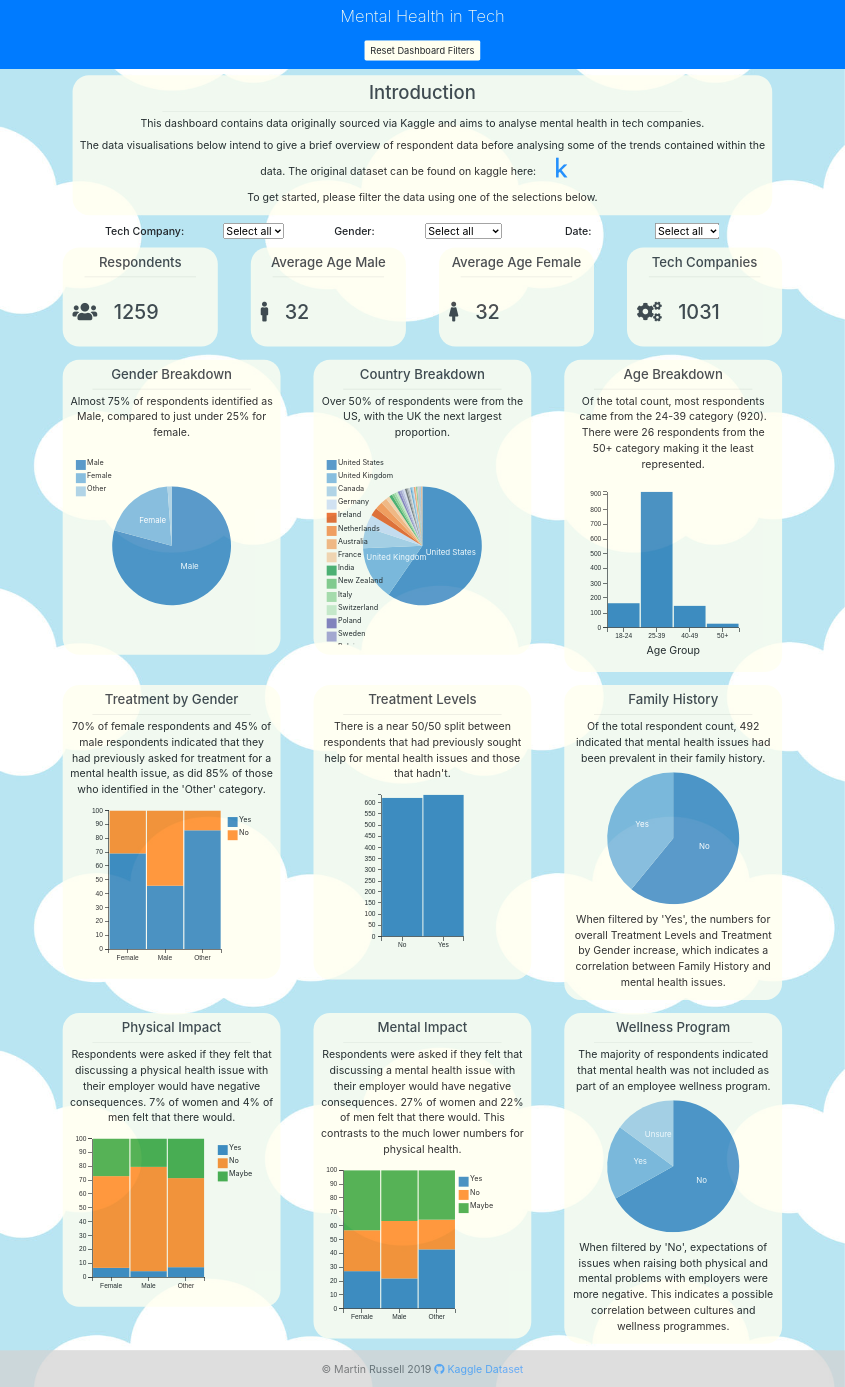
Repository: martingr1/mhdashboard
Page: index.html
The author's editor kept a record of every edit. The page is drawn from the files as they stood at one moment, then again after the next edit.
The browser window is 1280 px wide. The pictures show the whole page, at 66% of full size.
Some web libraries are served in a nearby version.

Above is the page before.

### index.html
<html>

<head>

    <meta charset="UTF-8">
    <meta name="viewport" content="width=device-width, initial-scale=1.0">
    <meta http-equiv="X-UA-Compatible" content="ie=edge">
    <title>Mental Health in Tech</title>

    <link rel="stylesheet" href="https://stackpath.bootstrapcdn.com/bootstrap/4.3.1/css/bootstrap.min.css" integrity="sha384-ggOyR0iXCbMQv3Xipma34MD+dH/1fQ784/j6cY/iJTQUOhcWr7x9JvoRxT2MZw1T" crossorigin="anonymous">
    <link rel="stylesheet" href="static/css/dc.min.css" type="text/css" />
    <link href="https://cdnjs.cloudflare.com/ajax/libs/font-awesome/5.9.0/css/all.css" rel="stylesheet">
    <link rel="stylesheet" href="static/css/style.css" type="text/css" />


    <script type="text/javascript" src="static/js/d3.min.js"></script>
    <script type="text/javascript" src="static/js/crossfilter.min.js"></script>
    <script type="text/javascript" src="static/js/dc.min.js"></script>
    <script type="text/javascript" src="static/js/queue.min.js"></script>
    <script type="text/javascript" src="static/js/graph.js"></script>

</head>

<body>

    <nav class="navbar-nav sticky-top navbar-dark bg-primary">
        <div class="container">
            <div class="col-xs-6 text-center">
                <h6 class="title">Mental Health in Tech</h6>
            </div>
            <div class="col-xs-6 text-center">
                <button id="reset_button" class="btn btn-sm btn-default">Reset Dashboard Filters</button>
            </div>
        </div>
        </div>
    </nav>

    <div class="container">
        <section class="container">
            <div class="col-xs-12">
                <div class="content-box">
                    <h3 class="header">Introduction</h3>

                        <hr class="line">
                        <p class="chart-text">This dashboard contains data originally sourced via Kaggle and aims to analyse mental health in tech companies.<br></p>
                        <p class="chart-text">The data visualisations below intend to give a brief overview of respondent data before analysing some of the trends contained within the data. The original dataset can be found on kaggle here: <a class="top-link" href="https://www.kaggle.com/osmi/mental-health-in-tech-survey"><i class="fab fa-kaggle"></i></a><br></p>
                        <p class="chart-text">To get started, please filter the data using one of the selections below.</p>
                    </div>
                    <div class="container">
                        <div class="row">
                            <div class="row col-xs-12 col-lg-4">
                                <h6 class="header">Tech Company:</h6>
                                <span class="filter" id="select_company"></span>
                            </div>
                            <div class="row col-xs-12 col-lg-4">
                                <h6 class="header">Gender:</h6>
                                <span class="filter" id="select_gender"></span>
                            </div>
                            <div class="row col-xs-12 col-lg-4">
                                <h6 class="header">Date:</h6>
                                <span class="filter" id="select_date"></span>
                            </div>
                        </div>
                    </div>
                </div>
            </div>
        </section>

        <section class="container">
            <div class="row">
                <div class="col-xs-12 col-md-3">
                    <div class="content-box">
                        <h5 class="header">Respondents</h5>
                        <hr class="line">
                        <div class="row number-display">
                            <div id="respondents_display"><i class="fas fa-users"></i></div>
                        </div>
                    </div>
                </div>
                <div class="col-xs-12 col-md-3">
                    <div class="content-box">
                        <h5 class="header">Average Age Male</h5>
                        <hr class="line">
                        <div class="row number-display">
                            <div id="average_age_male"><i class="fas fa-male"></i></div>
                        </div>
                    </div>
                </div>
                <div class="col-xs-12 col-md-3">
                    <div class="content-box">
                        <h5 class="header">Average Age Female</h5>
                        <hr class="line">
                        <div class="row number-display">
                            <div id="average_age_gender"><i class="fas fa-female"></i></div>
                        </div>
                    </div>
                </div>

                <div class="col-xs-12 col-md-3">
                    <div class="content-box">
                        <h5 class="header">Tech Companies</h5>
                        <hr class="line">
                        <div class="row number-display">
                            <div id="tech_display"><i class="fas fa-cogs"></i></div>
                        </div>
                    </div>
                </div>
            </div>
        </section>

        <section class="container">
            <div class="row">
                <div class="col-xs-12 col-sm-12 col-lg-4">
                    <div class="content-box">
                        <h5 class="header">Gender Breakdown</h5>
                        <hr class="line">
                        <p class="chart-text">Almost 75% of respondents identified as Male, compared to just under 25% for female.</p>
                        <div class="row chart">
                            <div id="gender_breakdown"></div>
                        </div>
                    </div>
                </div>

                <div class="col-xs-12 col-sm-12 col-lg-4">
                    <div class="content-box">
                        <h5 class="header">Country Breakdown</h5>
                        <hr class="line">
                        <p class="chart-text">Over 50% of respondents were from the US, with the UK the next largest proportion.</p>
                        <div class="row chart">
                            <div id="country_breakdown"></div>
                        </div>
                    </div>
                </div>

                <div class="col-xs-12 col-sm-12 col-lg-4">
                    <div class="content-box">
                        <h5 class="header">Age Breakdown</h5>
                        <hr class="line">
                        <p class="chart-text">Of the total count, most respondents came from the 24-39 category (920).<br> There were 26 respondents from the 50+ category making it the least represented.</p>
                        <div class="row chart">
                            <div id="age_breakdown"></div>
                        </div>
                    </div>
                </div>
            </div>
        </section>


        <section class="container">
            <div class="row">
                <div class="col-xs-12 col-sm-12 col-lg-4">
                    <div class="content-box">

                        <h5 class="header">Treatment by Gender</h5>

                        <hr class="line">
                        <p class="chart-text">70% of female respondents and 45% of male respondents indicated that they had previously asked for treatment for a mental health issue, as did 85% of those who identified in the 'Other' category. </p>
                        <div class="row chart">
                            <div id="treatment_by_gender"></div>
                        </div>
                    </div>
                </div>
                <div class="col-xs-12 col-sm-12 col-lg-4">
                    <div class="content-box">

                        <h5 class="header">Treatment Levels</h5>

                        <hr class="line">
                        <p class="chart-text">There is a near 50/50 split between respondents that had previously sought help for mental health issues and those that hadn't.</p>
                        <div class="row chart">
                            <div id="treatment_chart"></div>
                        </div>
                    </div>
                </div>
                <div class="col-xs-12 col-sm-12 col-lg-4">
                    <div class="content-box">
                        <h5 class="header">Family History</h5>
                        <hr class="line">
                        <p class="chart-text">Of the total respondent count, 492 indicated that mental health issues had been prevalent in their family history.</p>
                        <div class="row chart">
                            <div id="family_history"></div>
                        </div>
                        <p class="chart-text">When filtered by 'Yes', the numbers for overall Treatment Levels and Treatment by Gender increase, which indicates a correlation between Family History and mental health issues.</p>
                    </div>
                </div>
            </div>
        </section>

        <section class="container">
            <div class="row">
                <div class="col-xs-12 col-sm-12 col-lg-4">
                    <div class="content-box">

                        <h5 class="header">Physical Impact</h5>

                        <hr class="line">
                        <p class="chart-text">Respondents were asked if they felt that discussing a physical health issue with their employer would have negative consequences. 7% of women and 4% of men felt that there would.</p>
                        <div class="row chart">
                            <div id="physical_impact"></div>
                        </div>
                    </div>
                </div>

                <div class="col-xs-12 col-sm-12 col-lg-4">
                    <div class="content-box">

                        <h5 class="header">Mental Impact</h5>
                        <hr class="line">
                        <p class="chart-text">Respondents were asked if they felt that discussing a mental health issue with their employer would have negative consequences. 27% of women and 22% of men felt that there would. This contrasts to the much lower numbers for physical
                            health.
                        </p>
                        <div class="row chart">
                            <div id="mental_impact"></div>
                        </div>
                    </div>
                </div>

                <div class="col-xs-12 col-sm-12 col-lg-4">
                    <div class="content-box">
                        <h5 class="header">Wellness Program</h5>
                        <hr class="line">
                        <div>
                            <p class="chart-text">The majority of respondents indicated that mental health was not included as part of an employee wellness program.</p>
                        </div>
                        <div class="row chart">
                            <div id="wellness_chart"></div>
                        </div>
                        <p class="chart-text">When filtered by 'No', expectations of issues when raising both physical and mental problems with employers were more negative. This indicates a possible correlation between cultures and wellness programmes.</p>
                    </div>
                </div>
            </div>
        </section>
    </div>
    <script src="https://code.jquery.com/jquery-3.2.1.min.js" integrity="sha256-hwg4gsxgFZhOsEEamdOYGBf13FyQuiTwlAQgxVSNgt4=" crossorigin="anonymous"></script>
    <script type="text/javascript" src="static/js/scripts.js"></script>

    <footer class="page-footer container-fluid">
        <div class="container-fluid">
            <div class="page-footer text-center py-3">© Martin Russell 2019
                <a href="https://github.com/martingr1/" target="_blank"><i class= "fab fa-github"></i></a>
                <a href="https://www.kaggle.com/osmi/mental-health-in-tech-survey" target="_blank"> Kaggle Dataset</a>
            </div>
    </footer>
    </div>
</body>

</html>

### static/css/style.css
body {
	background-image: url("../images/clouds_background.png");
}

.btn {
	background-color: #FFFFF0;
	margin: 12.5px;
}

.title {
	color: #FFFFF0;
	font-size: 25px;
	font-weight: 200;
	margin-top: 10px;
}

.filter {
	padding-top: 2.5px;
}

.header {
	margin: auto;
	text-align: center;
	padding: 5px;
}

.chart-text {
	font-size: medium;
	color: black;
	margin: 5px 5px 10px 5px;
}

.line {
	margin: 5px auto 5px;
	color: #ffffff;
	width: 75%;
}

.content-box {
	box-sizing: border-box;
	border-radius: 25px;
	background-color: #FFFFF0;
	opacity: 0.8;
	text-align: center;
	margin: 10px;
	padding: 5px;
}

.top-link {

	font-size: 30px;
	padding: 25px;

}

.number-display {
	text-align: center;
	font-size: 30px;
	font-weight: 500;
	padding: 25px;

}

.page-footer {
	background-color: #D3D3D3;
	width: 100%;
	opacity: 0.75;
}

.chart {
	margin: 10px;
	justify-content: center;
}

### static/js/scripts.js
$('#reset_button').click(function() {
    dc.filterAll();
    dc.renderAll();
});

Loaded but not shown: static/css/dc.min.css (library); static/js/d3.min.js (library); static/js/crossfilter.min.js (library); static/js/dc.min.js (library); static/js/queue.min.js (common file); static/js/graph.js (410 lines, source omitted)

After the next edit:
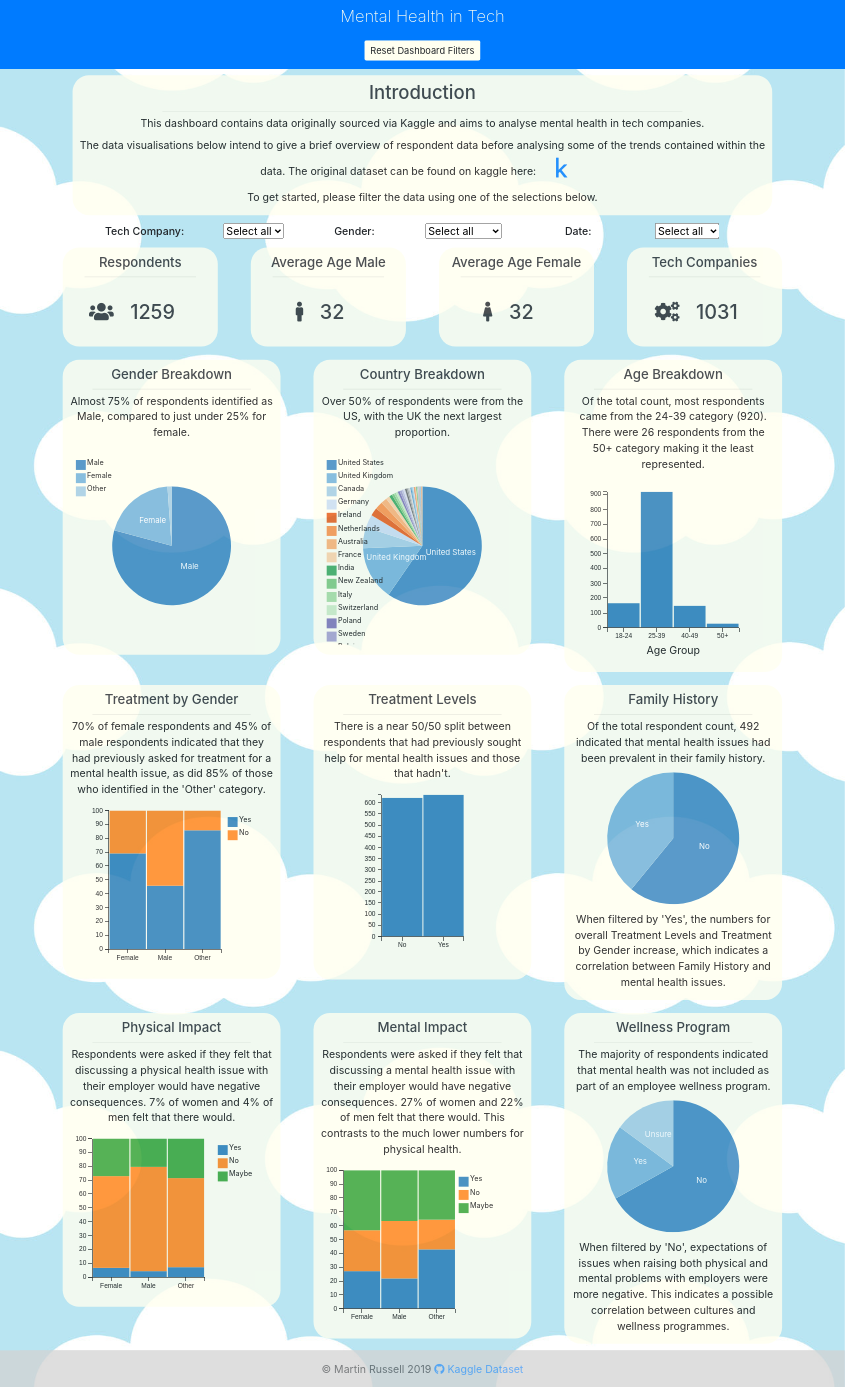
The edit:
--- a/static/css/style.css
+++ b/static/css/style.css
@@ -54,7 +54,7 @@
 }
 
 .number-display {
-	text-align: center;
+	justify-content: center;
 	font-size: 30px;
 	font-weight: 500;
 	padding: 25px;
